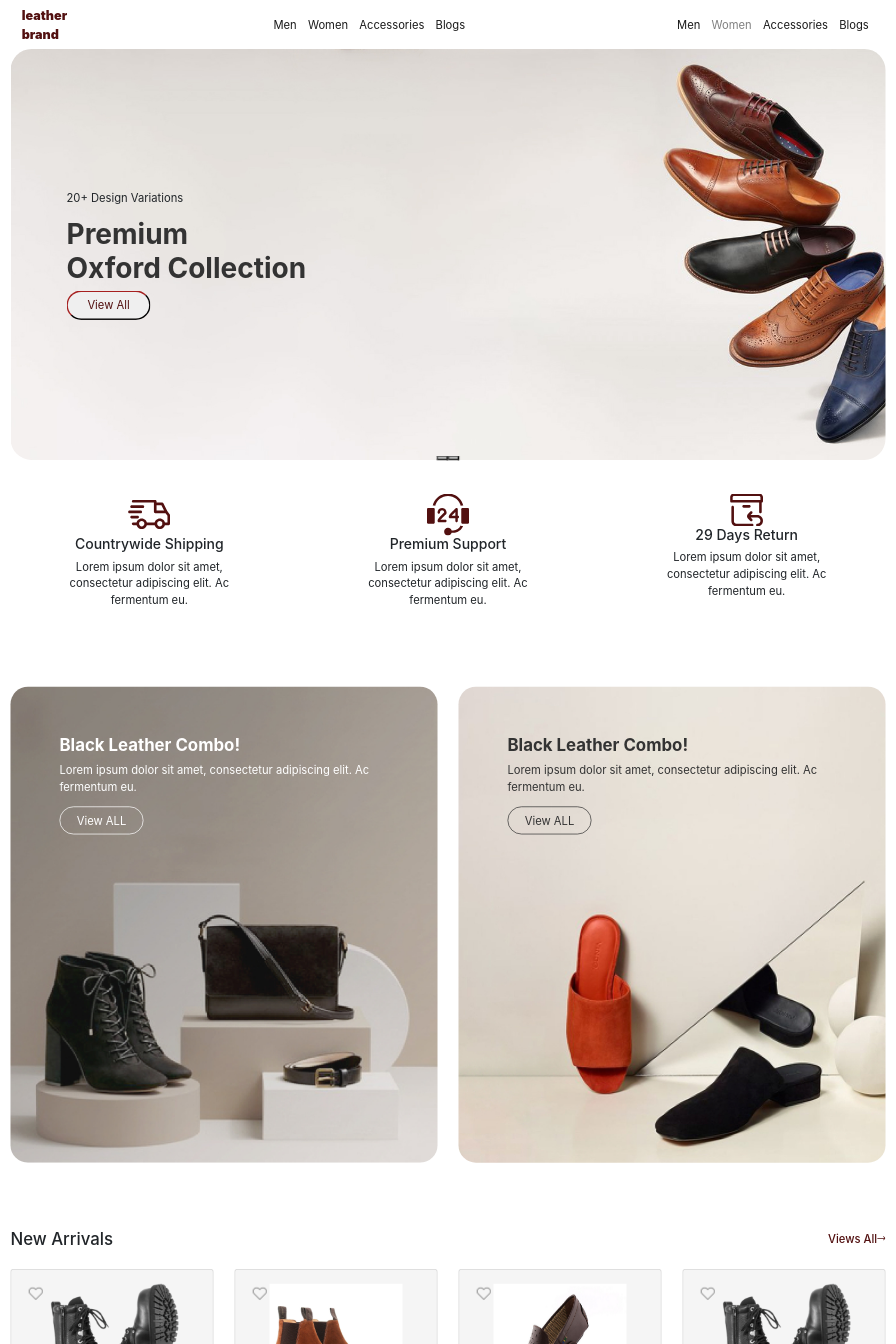
Repository: arif286/fashion-house
Page: /
These files come from the project's save history. The page is drawn as it stood at one moment and after the next save; the edit follows.
The browser window is 1280 px wide. The pictures show the part of the page from y = 0 to 1920 px (the page is 3791 px tall before and 3807 px after), at 70% of full size.
The project was rebuilt for these pictures with package versions that can differ from the ones it lists, and the page was loaded fresh each time. The framework's server and built-in components were replaced by stand-ins that run in the browser. Also part of the build but not shown: nuxt.config.js, components/Footer.vue, components/NuxtLogo.vue, components/Tutorial.vue.

Above is the page before, as saved 2021-07-12 09:59:06.

### components/Contact.vue
<template>
  <div class="container mb-5">
    <div class="row contact-bg">
      <div class="contact mt-5 mb-5">
        <h3>Stay on track</h3>
        <p>
          Sign up to our newsletter to stay up to date with the latest news,
          products and events from Leatherex.
        </p>
        <div class="subscribe">
          <input class="email" type="text" placeholder="Your Email Address" />
          <input class="sub-btn" type="button" value="Subscribe!" />
        </div>
      </div>
    </div>
  </div>
</template>
<style scoped>
.contact-bg {
  background-image: url('@/assets/Images/newsletter.png');
  background-repeat: no-repeat;
  background-size: cover;
  background-position: bottom;
  border-radius: 25px;
}
.contact {
  margin-left: 50px;
}
.contact h3 {
  color: #521010;
  font-weight: 800;
}
.contact p {
  width: 345px;
  color: #333333;
}
.subscribe {
  width: 430px;
  display: flex;
  position: relative;
}
.subscribe .email {
  outline: none;
  border: 1px solid #521010;
  padding: 10px;
  border-radius: 30px;
  width: 100%;
}
.sub-btn {
  background: #521010;
  border-radius: 30px;
  padding: 9px 20px;
  position: absolute;
  right: 0;
  color: white;
}
@media only screen and (min-width: 320px) and (max-width: 560px) {
  .subscribe {
    width: 300px;
  }
  .contact p {
    width: 300px;
  }
  .contact {
    margin-left: 0px;
    padding: 10px;
  }
}
</style>

### components/DisplayCollection.vue
<template>
  <div class="container mb-5">
    <div class="row">
      <div class="col-md-6 col-sm-12 col-12">
        <div class="row">
          <div class="col-12 pb-4">
            <div
              class="men-collection all-collection d-flex align-items-center"
            >
              <div class="collection-content">
                <h3>Mens</h3>
                <p>Collection</p>
              </div>
            </div>
          </div>
          <div class="col-12 pb-4">
            <div
              class="women-collection all-collection d-flex align-items-center"
            >
              <div class="collection-content">
                <h3>Women's</h3>
                <p>Collection</p>
              </div>
            </div>
          </div>
        </div>
      </div>
      <div class="col-md-6 col-sm-12 col-12">
        <div class="accessories all-collection d-flex align-items-center">
          <div class="collection-content">
            <h3>Accessories</h3>
            <p>Collection</p>
          </div>
        </div>
      </div>
    </div>
  </div>
</template>

<script></script>

<style scoped>
.men-collection {
  background-image: url('@/assets/Images/mens.png');
  height: 300px;
}
.women-collection {
  background-image: url('@/assets/Images/women.png');
  height: 300px;
}
.accessories {
  background-image: url('@/assets/Images/accessories.png');
  height: 623px;
}
.all-collection {
  background-repeat: no-repeat;
  background-position: bottom;
  background-size: cover;
  border-radius: 15px;
}
.collection-content {
  margin-left: 60px;
}
.collection-content h3 {
  color: white;
  font-weight: 500;
}
.collection-content p {
  color: white;
}
@media only screen and (min-width: 320px) and (max-width: 767px) {
  .accessories {
    height: 300px;
  }
}
</style>

### components/Nav.vue
<template>
  <nav class="navbar container navbar-expand-lg navbar-light">
    <div class="container-fluid">
      <div class="nav-title">
        <span>leather</span>
        <br />
        <span>brand</span>
      </div>
      <button
        class="navbar-toggler"
        type="button"
        data-bs-toggle="collapse"
        data-bs-target="#navbarSupportedContent"
        aria-controls="navbarSupportedContent"
        aria-expanded="false"
        aria-label="Toggle navigation"
      >
        <span class="navbar-toggler-icon"></span>
      </button>
      <div id="navbarSupportedContent" class="collapse navbar-collapse">
        <div class="d-flex justify-content-center w-100">
          <ul class="navbar-nav mb-2 mb-lg-0">
            <li class="nav-item">
              <a class="nav-link active" aria-current="page" href="#">Men</a>
            </li>
            <li class="nav-item">
              <a class="nav-link active" href="#">Women</a>
            </li>
            <li class="nav-item">
              <a class="nav-link active" href="#"> Accessories </a>
            </li>
            <li class="nav-item">
              <a class="nav-link active" href="#">Blogs</a>
            </li>
          </ul>
        </div>
        <div class="ml-auto">
          <ul class="navbar-nav mb-2 mb-lg-0">
            <li class="nav-item">
              <a class="nav-link active" aria-current="page" href="#">Men</a>
            </li>
            <li class="nav-item">
              <a class="nav-link" href="#">Women</a>
            </li>
            <li class="nav-item">
              <a class="nav-link active" href="#"> Accessories </a>
            </li>
            <li class="nav-item">
              <a class="nav-link active" href="#">Blogs</a>
            </li>
          </ul>
        </div>
      </div>
    </div>
  </nav>
</template>

<script></script>
<style scoped>
.nav-title {
  color: #521010;
  font-weight: 900;
  font-size: 18px;
}
.nav-title:hover {
  color: #521010;
  font-weight: bold;
}
.nav-item a {
  color: #000;
}
</style>

### components/NewCollection.vue
<template>
  <div class="container mb-5">
    <div class="row">
      <div
        v-for="item in collections"
        :key="item.id"
        class="col-md-6 col-12 mb-5"
      >
        <div class="card-content" :class="item.class">
          <div class="card-body product-details">
            <h4>{{ item.title }}</h4>
            <p>{{ item.text }}</p>
            <button>View ALL</button>
          </div>
        </div>
      </div>
    </div>
  </div>
</template>
<script>
export default {
  props: {
    collections: {
      type: Array,
      required: true,
    },
  },
}
</script>
<style>
.newArrival {
  background-image: url('@/assets/Images/newarrivals1.png');
}
.promo {
  background-image: url('@/assets/Images/promo.png');
}
.card-content {
  background-repeat: no-repeat;
  background-size: cover;
  height: 680px;
  border-radius: 25px;
  background-position: bottom;
}
.product-details {
  padding: 70px;
}
.product-details button {
  border-radius: 30px;
  width: 120px;
  padding: 7px 15px;
  border: 1px solid #333333;
  color: #333333;
  background: none;
}
.product-details h4 {
  color: #333333;
  font-weight: 700;
}
.product-details p {
  color: #333333;
}
.newArrival h4 {
  color: white;
}
.newArrival p {
  color: white;
}
.newArrival button {
  border: 1px solid white;
  color: white;
}
@media only screen and (min-width: 320px) and (max-width: 425px) {
  .product-details {
    padding: 30px 0px 0px 20px;
  }
  .card-content {
    height: 450px;
  }
}
</style>

### components/Products.vue
<template>
  <div class="container mb-5">
    <div class="d-flex justify-content-between pb-3">
      <h4>{{ title }}</h4>
      <a class="view-product" href="">
        <p class="d-flex">
          <span>Views All</span>
          <img :src="require('@/assets/Images/right-arrow.svg')" alt="" />
        </p>
      </a>
    </div>

    <div class="row">
      <div
        v-for="item in products"
        :key="item.id"
        class="col-12 col-sm-6 col-lg-3 mb-4"
      >
        <div class="card h-100">
          <div class="card-body">
            <div class="d-flex justify-content-center position-relative">
              <span class="heart"
                ><img :src="require('@/assets/Images/heart.png')" alt=""
              /></span>
              <img
                class="product-img"
                :src="require(`@/assets/Images/${item.image}`)"
                alt=""
              />
            </div>
            <h3>{{ item.title }}</h3>
            <p class="price">৳ {{ item.price }}</p>
            <div class="d-flex justify-content-between">
              <p>
                <span>
                  <img
                    class="rating"
                    :src="require('@/assets/Images/star.png')"
                    alt=""
                  />
                </span>
                <span>
                  <img
                    class="rating"
                    :src="require('@/assets/Images/star.png')"
                    alt=""
                  />
                </span>
                <span>
                  <img
                    class="rating"
                    :src="require('@/assets/Images/star.png')"
                    alt=""
                  />
                </span>
                <span>
                  <img
                    class="rating"
                    :src="require('@/assets/Images/star2.png')"
                    alt=""
                  />
                </span>
              </p>
              <button class="shopping-btn">
                <img :src="require('@/assets/Images/bag.png')" alt="" />
              </button>
            </div>
          </div>
        </div>
      </div>
    </div>
  </div>
</template>
<script>
export default {
  props: {
    products: {
      type: Array,
      required: true,
    },
    title: {
      type: String,
      required: true,
    },
  },
}
</script>

<style scoped>
.product-img {
  width: 190px;
  height: 184px;
}
.card {
  background-color: #f5f5f5;
}
.view-product {
  color: #521010;
  font-weight: 500;
}
.view-product p img {
  width: 12px;
}
.price {
  color: #521010;
  font-weight: 700;
}
.shopping-btn {
  background-color: #521010;
  padding: 5px 8px;
  border-radius: 5px;
}
.shopping-btn img {
  width: 25px;
  height: 25px;
}
.rating {
  width: 18px;
}
.heart {
  display: inline-block;
  position: absolute;
  left: 5px;
}
.heart img {
  width: 20px;
}
</style>

### components/Service.vue
<template>
  <div class="container mb-5">
    <div class="row">
      <div
        v-for="service in services"
        :key="service.id"
        class="col-md-4 col-12 mb-5"
      >
        <div class="d-flex justify-content-center">
          <div class="service-box text-center">
            <img :src="require(`@/assets/Images/${service.image}`)" alt="" />
            <h5>{{ service.title }}</h5>
            <p>{{ service.text }}</p>
          </div>
        </div>
      </div>
    </div>
  </div>
</template>

<script>
export default {
  props: {
    services: { type: Array, required: true },
  },
}
</script>
<style>
.service-box {
  width: 250px;
}
</style>

### components/Slider.vue
<template>
  <div class="container mb-5">
    <div
      id="carouselExampleIndicators"
      class="carousel slide"
      data-bs-ride="carousel"
    >
      <div class="carousel-indicators">
        <button
          type="button"
          data-bs-target="#carouselExampleIndicators"
          data-bs-slide-to="0"
          class="active"
          aria-current="true"
          aria-label="Slide 1"
        ></button>
        <button
          type="button"
          data-bs-target="#carouselExampleIndicators"
          data-bs-slide-to="1"
          aria-label="Slide 2"
        ></button>
      </div>
      <div class="carousel-inner">
        <div class="carousel-item active d-flex align-items-center">
          <div class="slider-content">
            <p>20+ Design Variations</p>
            <h1>
              Premium
              <br />
              Oxford Collection
            </h1>
            <button>View All</button>
          </div>
        </div>
        <div class="carousel-item">
          <div class="slider-content">
            <p>20+ Design Variations</p>
            <h1>
              Premium
              <br />
              Oxford Collection
            </h1>
            <button>View All</button>
          </div>
        </div>
      </div>
    </div>
  </div>
</template>

<script></script>
<style>
.carousel-item {
  background-image: url('@/assets/Images/hero1.png');
  background-repeat: no-repeat;
  width: 100%;
  background-size: cover;
  height: 587px;
  border-radius: 30px;
}
.slider-content {
  margin-left: 80px;
}
.slider-content h1 {
  color: #333333;
  font-weight: 700;
}
.slider-content button {
  border-radius: 30px;
  width: 120px;
  padding: 7px 15px;
  border-color: #521010;
  color: #521010;
}
@media only screen and (min-width: 320px) and (max-width: 450px) {
  .carousel-item {
    height: 400px;
  }
  .slider-content {
    margin-left: 20px;
  }
}
</style>

### pages/index.vue
<template>
  <div>
    <Nav />
    <Slider />
    <Service :services="serviceData" />
    <NewCollection :collections="collections" />
    <Products title="New Arrivals" :products="products" />
    <DisplayCollection />
    <Products title="Best Sellers" :products="products" />
    <Contact />
  </div>
</template>

<script>
import { serviceData, newCollectionData, productsData } from '@/assets/data.js'
export default {
  data() {
    return {
      serviceData,
      collections: newCollectionData,
      products: productsData,
    }
  },
}
</script>
<style>
@import url('https://fonts.googleapis.com/css2?family=Roboto:ital,wght@0,100;0,300;0,400;0,500;0,700;0,900;1,100;1,300;1,400;1,500;1,700;1,900&display=swap');

.body {
  font-family: 'Roboto', sans-serif;
}
.container {
  max-width: 1880px;
}
</style>

### assets/data.js
export const serviceData = [
  {
    id: 1,
    image: 'delivery.svg',
    title: 'Countrywide Shipping',
    text: 'Lorem ipsum dolor sit amet, consectetur adipiscing elit. Ac fermentum eu.',
  },
  {
    id: 2,
    image: 'call-center.svg',
    title: 'Premium Support',
    text: 'Lorem ipsum dolor sit amet, consectetur adipiscing elit. Ac fermentum eu.',
  },
  {
    id: 3,
    image: 'return.svg',
    title: '29 Days Return',
    text: 'Lorem ipsum dolor sit amet, consectetur adipiscing elit. Ac fermentum eu.'
  }
]

export const newCollectionData = [
  {
    id: 2,
    class: 'newArrival',
    title: 'Black Leather Combo!',
    text: 'Lorem ipsum dolor sit amet, consectetur adipiscing elit. Ac fermentum eu.',
  },
  {
    id: 3,
    class: 'promo',
    title: 'Black Leather Combo!',
    text: 'Lorem ipsum dolor sit amet, consectetur adipiscing elit. Ac fermentum eu.',
  }
]

export const productsData = [
  {
    id: 1,
    image: 'boot.png',
    title: 'Black Leather Boots',
    price: 4499,
    rating: 4,
  },
  {
    id: 2,
    image: 'image1.png',
    title: "Men's Chelsea Boots",
    price: 3699,
    rating: 3,
  },
  {
    id: 3,
    image: 'image2.png',
    title: 'Casual Men Loafers',
    price: 2599,
    rating: 4,
  },
  {
    id: 4,
    image: 'boot.png',
    title: 'Black Leather Boots',
    price: 3699,
    rating: 5,
  },
]

After the next save:
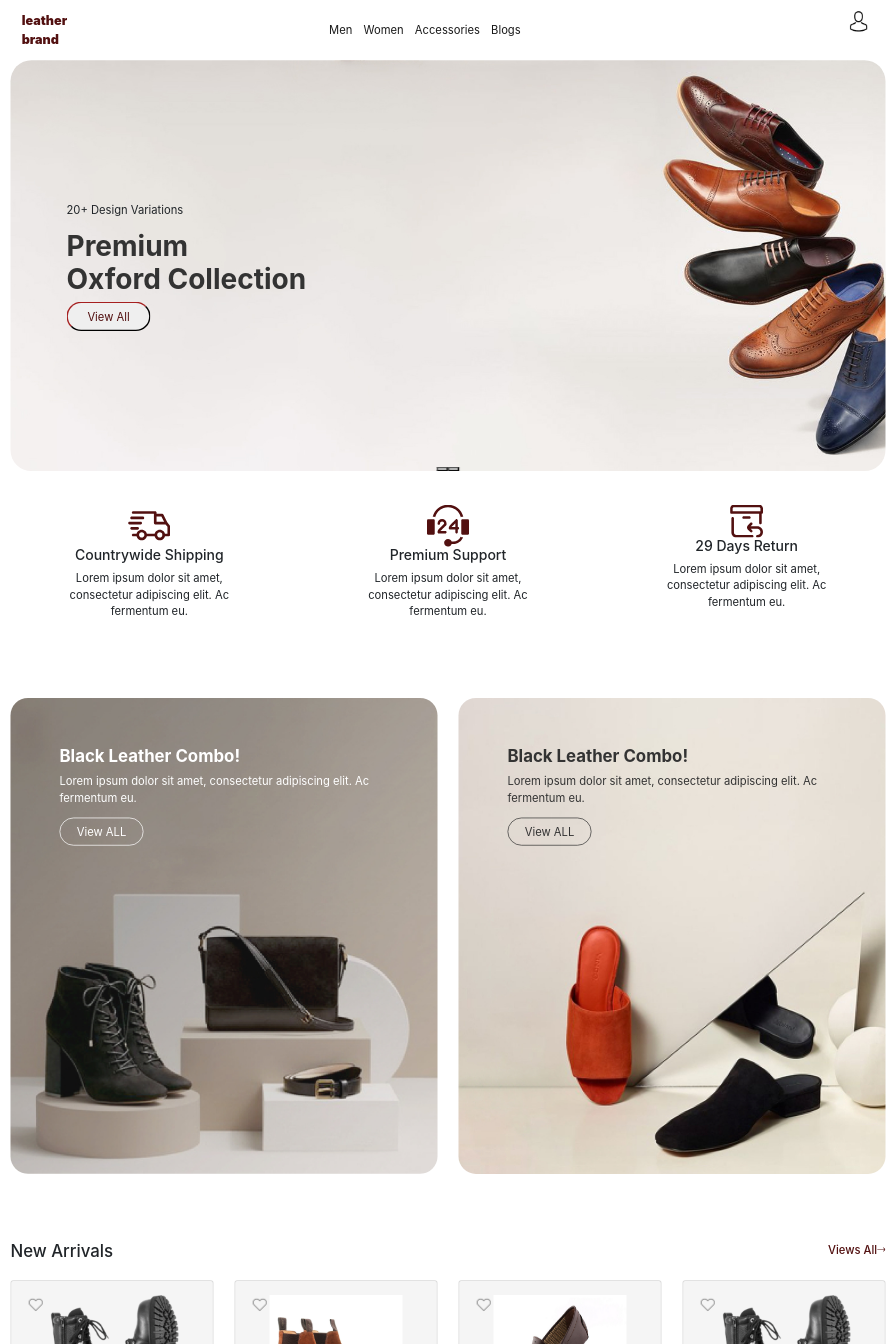
Saved 4 min 33 s later.
--- a/components/Nav.vue
+++ b/components/Nav.vue
@@ -37,16 +37,19 @@
         <div class="ml-auto">
           <ul class="navbar-nav mb-2 mb-lg-0">
             <li class="nav-item">
-              <a class="nav-link active" aria-current="page" href="#">Men</a>
+              <a class="nav-link active" aria-current="page" href="#"
+                ><img :src="require('@/assets/Images/search.svg')" alt=""
+              /></a>
             </li>
             <li class="nav-item">
-              <a class="nav-link" href="#">Women</a>
+              <a class="nav-link" href="#"
+                ><img :src="require('@/assets/Images/bag.png')" alt=""
+              /></a>
             </li>
             <li class="nav-item">
-              <a class="nav-link active" href="#"> Accessories </a>
-            </li>
-            <li class="nav-item">
-              <a class="nav-link active" href="#">Blogs</a>
+              <a class="nav-link active" href="#">
+                <img :src="require('@/assets/Images/avatar.png')" alt="" />
+              </a>
             </li>
           </ul>
         </div>

After the save that followed:
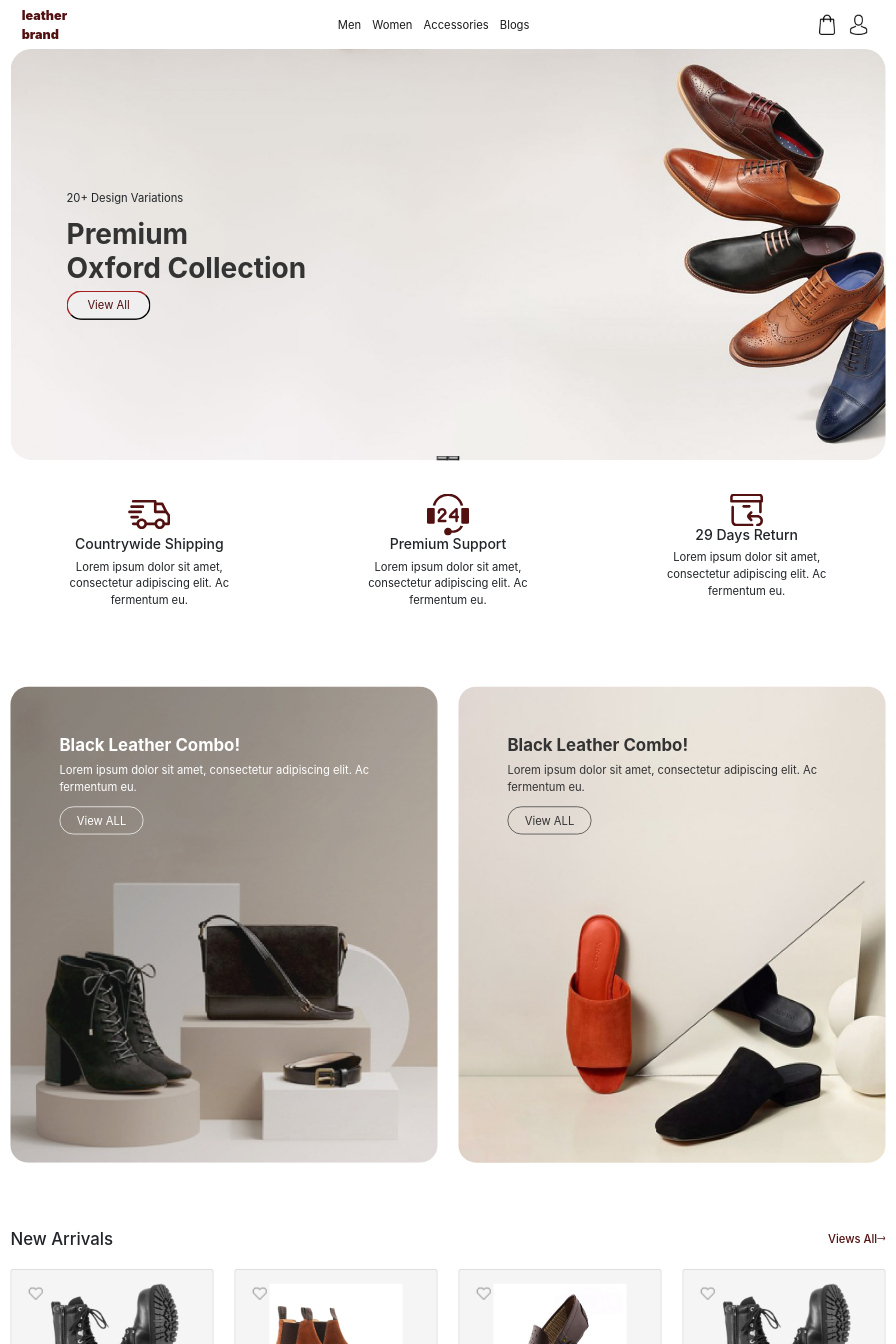
Saved 105 s later.
--- a/components/Nav.vue
+++ b/components/Nav.vue
@@ -43,7 +43,7 @@
             </li>
             <li class="nav-item">
               <a class="nav-link" href="#"
-                ><img :src="require('@/assets/Images/bag.png')" alt=""
+                ><img :src="require('@/assets/Images/nav-bag.png')" alt=""
               /></a>
             </li>
             <li class="nav-item">
